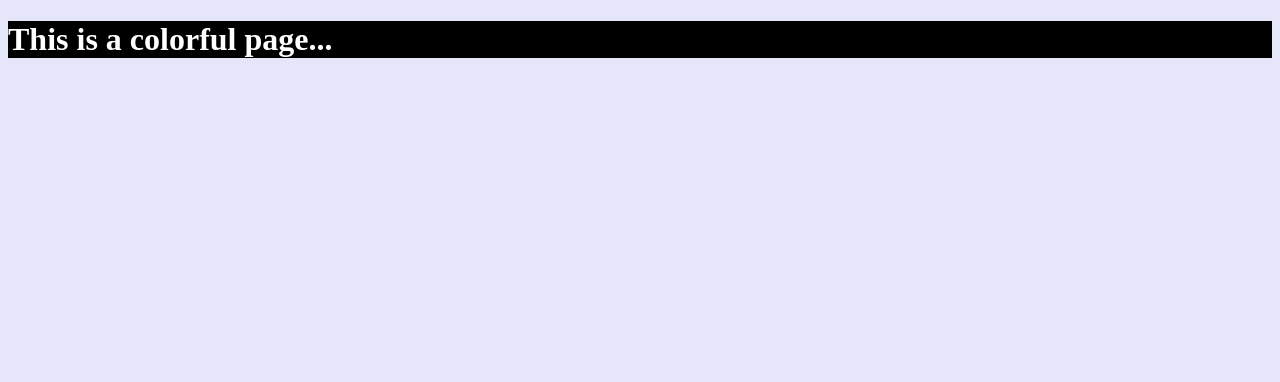
Repository: ShrikantSarode/AdvanceJava
Page: http://localhost/Web_Project/jsp_tag.jsp
An editor plug-in stored every save of this project. The page is shown before and after the next save, followed by the edit.
The browser window is 1280 px wide. The pictures show the whole page.
The page is served by Tomcat 10.

Above is the page before, as saved 2024-11-29 08:43:31.

After the next save:
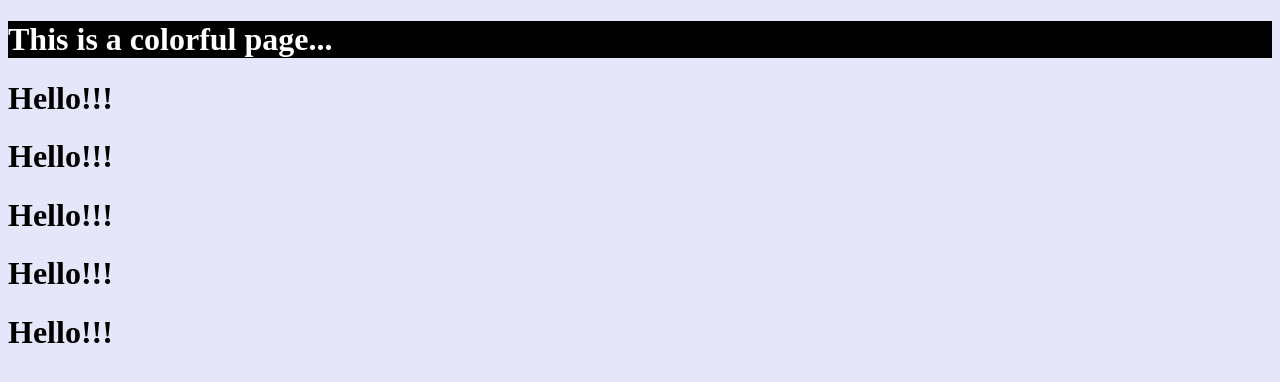
Saved 4 min 26 s later.
--- a/AJ backup/Web Based Java/Workspace/Web_Project/src/main/webapp/jsp_tag.jsp
+++ b/AJ backup/Web Based Java/Workspace/Web_Project/src/main/webapp/jsp_tag.jsp
@@ -4,14 +4,20 @@
 <html>
 <body>
 	<%--Including the resource : color.html --%>
-	<%@include file="color.html" %>
+	<%@include file="color.html"%>
 	<%--Using a declaration section to declare a variable and define a method --%>
-	<%!
-		int val=7;
-		public String sayWelcome(String name){
-			String message = "Welcome! " + name;
-			return message;
-		}
+	<%!int val = 7;
+
+	public String sayWelcome(String name) {
+		String message = "Welcome! " + name;
+		return message;
+	}%>
+	<%--Showing HELLO using h1 heading 5 times --%>
+	<%--Starting a 'for' loop using Scriptle --%>
+	<%
+		for(int a=1;a<=5;a++){
 	%>
+		<h1>Hello!!!</h1>
+	<%} %>
 </body>
 </html>
